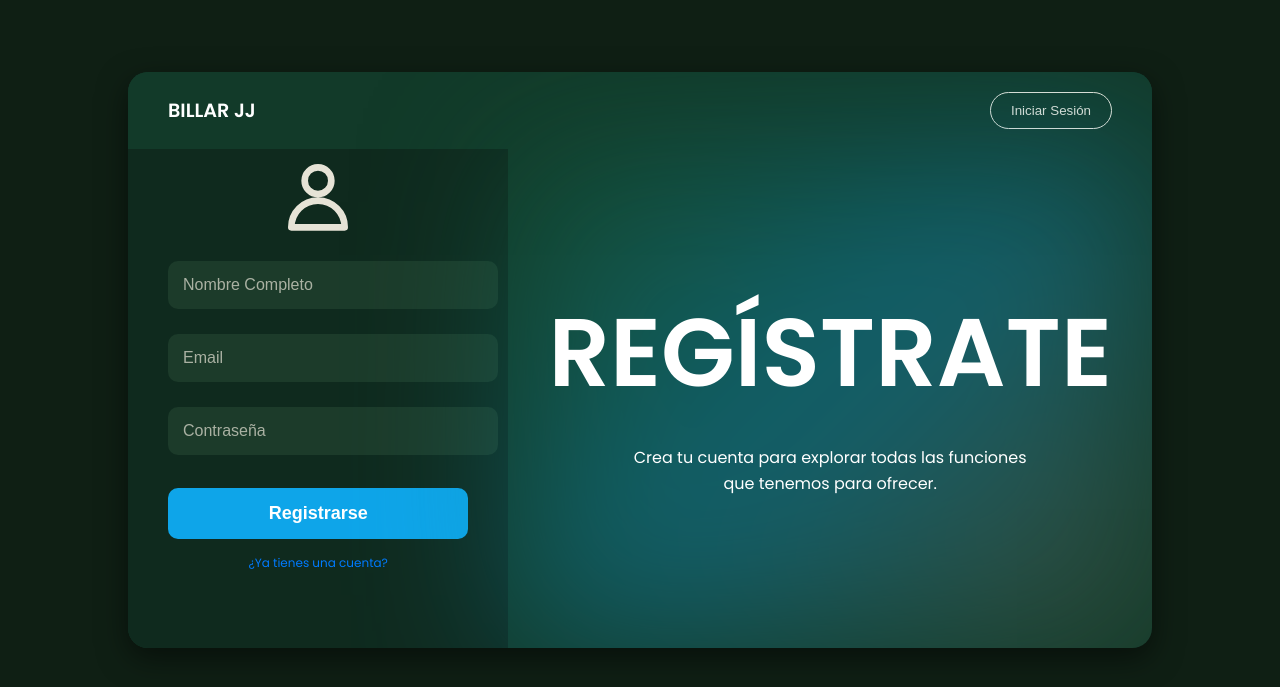
Repository: julianvargas55/ProyectoFormativoBilliarJJ
Page: http://localhost/usuario/registro
An editor plug-in stored every save of this project. The page is shown before and after the next save, followed by the edit.
The browser window is 1280 px wide. The pictures show the whole page.
The page is this project's Thymeleaf template; nobody is signed in. The template is opened directly, without the code that normally fills it, so the values that code supplies are empty.

Above is the page before, as saved 2025-10-16 19:35:51.

### test/src/main/resources/templates/usuario/registro.html
<!DOCTYPE html>
<html lang="es" xmlns:th="http://www.thymeleaf.org">
<head>
    <meta charset="UTF-8">
    <meta name="viewport" content="width=device-width, initial-scale=1.0">
    <title>Registro - BILLAR JJ</title>
    <link rel="stylesheet" th:href="@{/assets/css/REGISTRO.CSS}">
    <link rel="preconnect" href="https://fonts.googleapis.com">
    <link rel="preconnect" href="https://fonts.gstatic.com" crossorigin>
    <link href="https://fonts.googleapis.com/css2?family=Poppins:wght@400;600&display=swap" rel="stylesheet">
</head>
<body>
    <div class="container">
        <header class="navbar">
            <div class="logo">
                <span>BILLAR JJ</span>
            </div>
            <nav>
                <ul>

                </ul>
            </nav>
            <button class="sign-up-btn">
                <a th:href="@{/index}">Iniciar Sesión</a>
            </button>
        </header>

        <div class="main-content">
            <!-- Mensajes de éxito/error -->
            <div th:if="${exito}" class="mensaje-exito">
                <p th:text="${exito}"></p>
            </div>
            <div th:if="${error}" class="mensaje-error">
                <p th:text="${error}"></p>
            </div>

            <div class="register-panel">
                <div class="profile-icon">
                    <svg viewBox="0 0 24 24" fill="none" xmlns="http://www.w3.org/2000/svg">
                        <path d="M12 4a4 4 0 100 8 4 4 0 000-8zM12 14a8 8 0 00-8 8h16a8 8 0 00-8-8z" stroke="currentColor" stroke-width="2" stroke-linecap="round" stroke-linejoin="round"/>
                    </svg>
                </div>

                <!-- FORMULARIO CON THYMELEAF -->
                <form class="register-form" th:action="@{/registro}" method="post" th:object="${usuario}">
                    <div class="input-group">
                        <input type="text" placeholder="Nombre Completo" th:field="*{nombre}" required>
                    </div>
                    <div class="input-group">
                        <input type="email" placeholder="Email" th:field="*{email}" required>
                    </div>
                    <div class="input-group">
                        <input type="password" placeholder="Contraseña" th:field="*{password}" required>
                    </div>
                    <button type="submit" class="register-btn">Registrarse</button>

                    <div class="options">
                        <a th:href="@{/index}">¿Ya tienes una cuenta?</a>
                    </div>
                </form>
            </div>

            <div class="welcome-section">
                <div class="gradient-bg"></div>
                <div class="text-content">
                    <h1>REGÍSTRATE</h1>
                    <p>Crea tu cuenta para explorar todas las funciones que tenemos para ofrecer.</p>
                </div>
            </div>
        </div>
    </div>

    <style>
        /* Estilos para mensajes */
        .mensaje-exito {
            background-color: #d4edda;
            color: #155724;
            padding: 12px;
            border-radius: 5px;
            margin: 10px 0;
            border: 1px solid #c3e6cb;
        }

        .mensaje-error {
            background-color: #f8d7da;
            color: #721c24;
            padding: 12px;
            border-radius: 5px;
            margin: 10px 0;
            border: 1px solid #f5c6cb;
        }

        /* Asegurar que los enlaces se vean bien */
        .sign-up-btn a {
            color: inherit;
            text-decoration: none;
        }

        .options a {
            color: #007bff;
            text-decoration: none;
        }

        .options a:hover {
            text-decoration: underline;
        }
    </style>
</body>
</html>

### test/src/main/resources/static/assets/css/REGISTRO.CSS
:root {
    --primary-bg: #0F1F14; /* Fondo profundo verde oscuro (paño) */
    --secondary-bg: #123A29; /* Paneles en verde oscuro */
    --text-color: #E6E3D6; /* Marfil suave para textos */
    --white: #FFFFFF;
    --accent-pink: #0EA5E9; /* Usado como botón principal: tiza azul */
}

body {
    margin: 0;
    font-family: 'Poppins', sans-serif;
    background: var(--primary-bg);
    color: var(--text-color);
    display: flex;
    justify-content: center;
    align-items: center;
    height: 100vh;
}

.container {
    background: var(--secondary-bg);
    border-radius: 20px;
    box-shadow: 0 10px 30px rgba(0, 0, 0, 0.5);
    display: flex;
    flex-direction: column;
    width: 80vw;
    max-width: 1200px;
    height: 80vh;
    max-height: 800px;
    overflow: hidden;
}

.navbar {
    display: flex;
    justify-content: space-between;
    align-items: center;
    padding: 20px 40px;
    background: var(--secondary-bg);
}

.navbar .logo span {
    color: var(--white);
    font-weight: 600;
    font-size: 1.2rem;
}

.navbar nav ul {
    list-style: none;
    display: flex;
    margin: 0;
    padding: 0;
}

.navbar nav ul li {
    margin: 0 15px;
}

.navbar nav ul li a {
    text-decoration: none;
    color: var(--text-color);
    font-weight: 400;
    transition: color 0.3s;
}

.navbar nav ul li a:hover {
    color: var(--white);
}

.sign-up-btn {
    background-color: transparent;
    border: 1px solid var(--text-color);
    color: var(--text-color);
    padding: 10px 20px;
    border-radius: 20px;
    cursor: pointer;
    transition: all 0.3s;
}

.sign-up-btn:hover {
    background-color: var(--text-color);
    color: var(--secondary-bg);
}

.main-content {
    display: flex;
    flex-grow: 1;
}

.register-panel {
    flex-basis: 35%;
    background: #0F2A1E;
    padding: 5px 40px 40px 40px;
    display: flex;
    flex-direction: column;
    justify-content: flex-start;
    align-items: center;
}

.profile-icon svg {
    width: 80px;
    height: 80px;
    color: var(--text-color);
    margin-bottom: 20px;
}

.register-form {
    width: 100%;
}

.input-group {
    margin-bottom: 25px;
    display: flex;
    flex-direction: column;
    align-items: stretch;
}

.input-group input {
    width: 100%;
    padding: 15px;
    border: none;
    background: #1C3B2A;
    border-radius: 10px;
    color: var(--white);
    font-size: 16px;
    outline: none;
}

.tipo-label {
    color: #0EA5E9;
    font-weight: 600;
    margin-bottom: 8px;
    font-size: 1rem;
}

.tipo-select {
    width: 100%;
    padding: 15px;
    border-radius: 10px;
    border: none;
    background: #1C3B2A;
    color: var(--white);
    font-size: 16px;
    outline: none;
    margin-bottom: 5px;
}

.input-group input::placeholder {
    color: var(--text-color);
    opacity: 0.7;
}

.register-btn {
    width: 100%;
    padding: 15px;
    background: var(--accent-pink);
    color: var(--white);
    border: none;
    border-radius: 10px;
    font-size: 18px;
    font-weight: 600;
    cursor: pointer;
    margin-top: 8px;
    transition: background 0.3s;
}

.register-btn:hover {
    background: #0284C7; /* Azul tiza más profundo */
}

.options {
    display: flex;
    justify-content: center;
    margin-top: 15px;
    font-size: 12px;
}

.options a {
    color: var(--text-color);
    text-decoration: none;
    transition: color 0.3s;
}

.options a:hover {
    color: var(--white);
}

.welcome-section {
    flex-basis: 65%;
    position: relative;
    display: flex;
    flex-direction: column;
    justify-content: center;
    align-items: center;
    text-align: center;
    padding: 40px;
}

.gradient-bg {
    position: absolute;
    top: 0;
    left: 0;
    width: 100%;
    height: 100%;
    background: linear-gradient(135deg,
        rgba(22, 101, 52, 0.7),  /* Verde paño */
        rgba(14, 165, 233, 0.6), /* Tiza azul */
        rgba(139, 94, 60, 0.55)  /* Madera */
    );
    filter: blur(80px);
    z-index: 0;
    opacity: 0.6;
}

.welcome-section .text-content {
    position: relative;
    z-index: 1;
    color: var(--white);
    display: flex;
    flex-direction: column;
    align-items: center;
    justify-content: center;
    height: 100%;
}

.welcome-section h1 {
    font-size: 6rem;
    font-weight: 600;
    margin: 0;
    color: var(--white);
}

.welcome-section p {
    max-width: 400px;
    margin: 20px 0;
    font-size: 1rem;
    line-height: 1.6;
}

After the next save:
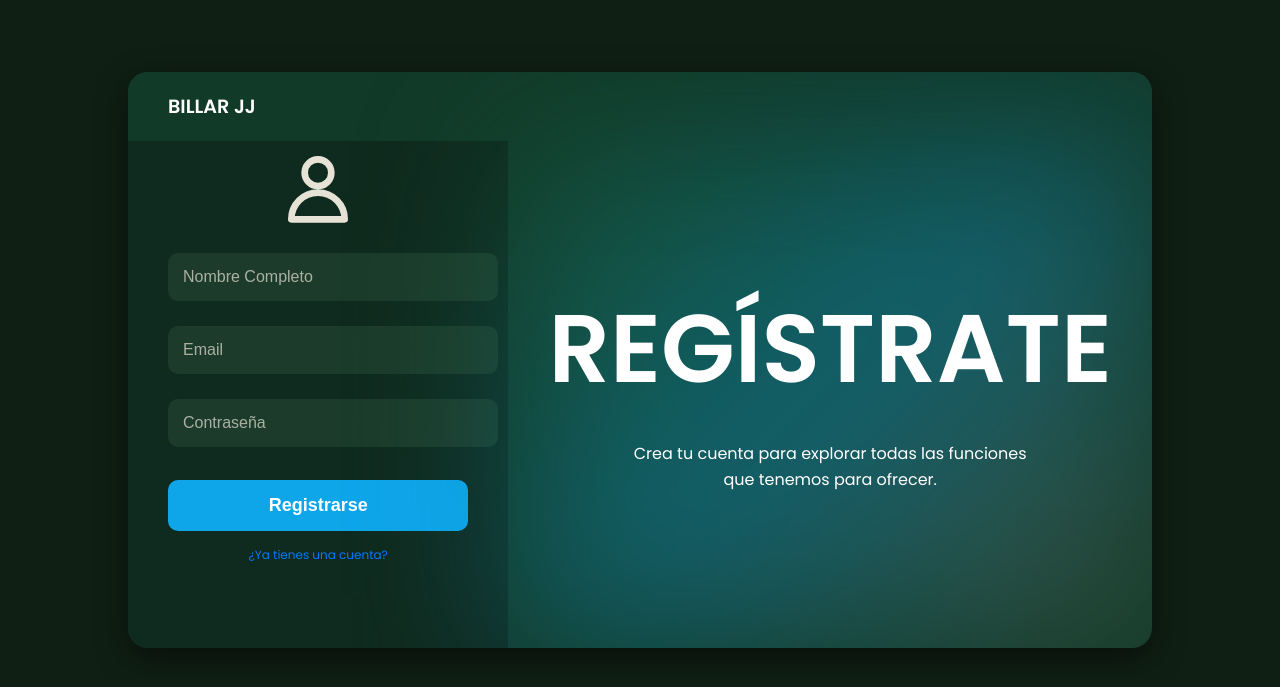
Saved 75 s later.
--- a/test/src/main/resources/templates/usuario/registro.html
+++ b/test/src/main/resources/templates/usuario/registro.html
@@ -20,9 +20,7 @@
 
                 </ul>
             </nav>
-            <button class="sign-up-btn">
-                <a th:href="@{/index}">Iniciar Sesión</a>
-            </button>
+
         </header>
 
         <div class="main-content">
